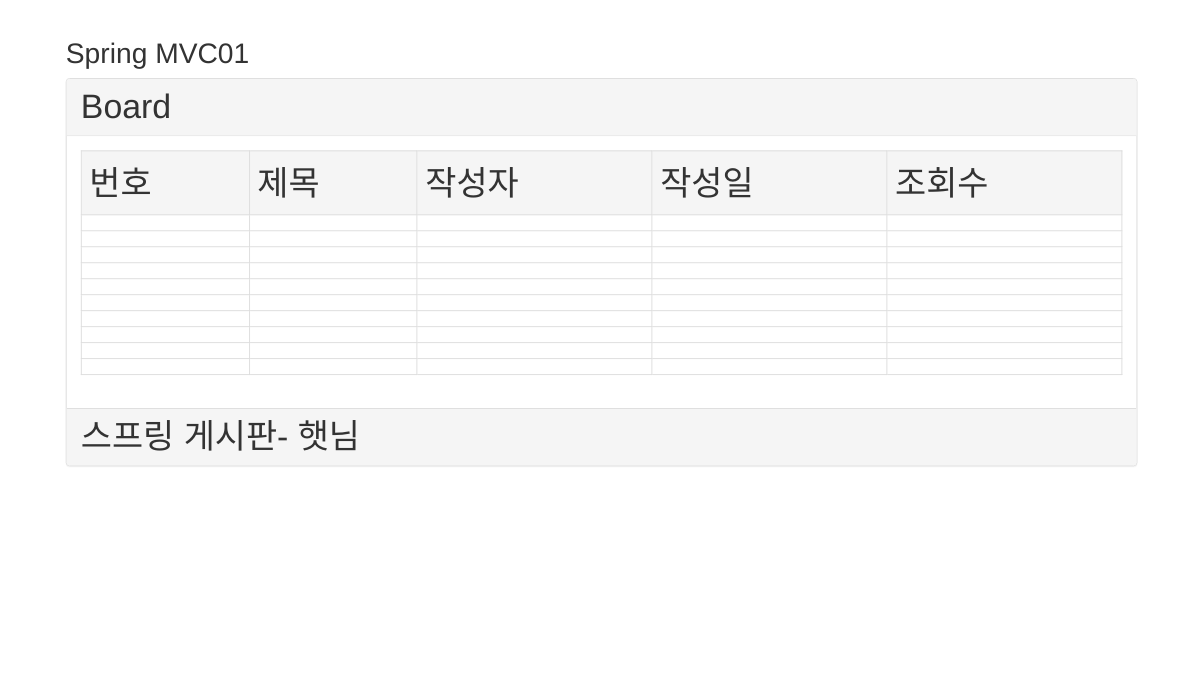
Repository: Hyerim-Ryu/Spring-
Page: http://localhost/SpringMVC01/boardList.do
An editor plug-in stored every save of this project. The page is shown before and after the next save, followed by the edit.
The browser window is 1280 px wide. The pictures show the whole page, at 94% of full size.
The page is served by Tomcat 9. Other server files are loaded and not shown.

Above is the page before, as saved 2023-09-05 03:04:48.

### workspace.edu/SpringMVC01/src/main/webapp/WEB-INF/views/boardList.jsp
<%@ page language="java" contentType="text/html; charset=UTF-8"
    pageEncoding="UTF-8"%>
<%@ taglib prefix="c" uri="http://java.sun.com/jsp/jstl/core" %>
<!DOCTYPE html>
<html>
<head>
<meta charset="UTF-8">
<title>Insert title here</title>
<link rel="stylesheet" href="https://maxcdn.bootstrapcdn.com/bootstrap/3.4.1/css/bootstrap.min.css">
<script src="https://ajax.googleapis.com/ajax/libs/jquery/3.6.4/jquery.min.js"></script>
<script src="https://maxcdn.bootstrapcdn.com/bootstrap/3.4.1/js/bootstrap.min.js"></script>
</head>
<body>
	<h1>
		<div class="container">
		  <h2>Spring MVC01</h2>
			  <div class="panel panel-default">
			    <div class="panel-heading">Board</div>
			    <div class="panel-body">
			    	<table class="table table-bordered table-hover">
			    		<tr class="active">
			    			<td>번호</td>
			    			<td>제목</td>
			    			<td>작성자</td>
			    			<td>작성일</td>
			    			<td>조회수</td>
			    		</tr>
			    		<!--  model 안에 있는 list를 jstl 을 활용하여 출력하시오 -->
			    		<!--  그럼 대체 model 안의 값은 어떻게 가져오냐?
			    			  model은 request 영역안에 있다!
			    		 -->
			    		<c:forEach items="${list}" var="vo" varStatus="i">
			    		<tr>
			    			<td></td>
			    			<td></td>
			    			<td></td>
			    			<td></td>
			    			<td></td>
			    		</tr>
			    		</c:forEach>
			    	</table>
			    </div>

			    <div class="panel-footer">스프링 게시판- 햇님</div>
		  </div>
		</div>
	</h1>
</body>
</html>

### workspace.edu/SpringMVC01/src/main/java/kr/spring/entity/Board.java
package kr.spring.entity;

import lombok.AllArgsConstructor;
import lombok.Data;
import lombok.NoArgsConstructor;
import lombok.ToString;

@Data
@AllArgsConstructor
@NoArgsConstructor
@ToString
public class Board {

	private int idx; // 번호
	private String title; // 제목
	private String content; // 내용
	private String writer; // 작성자
	private String indate; // 작성일
	private int count; // 조회수
}

After the next save:
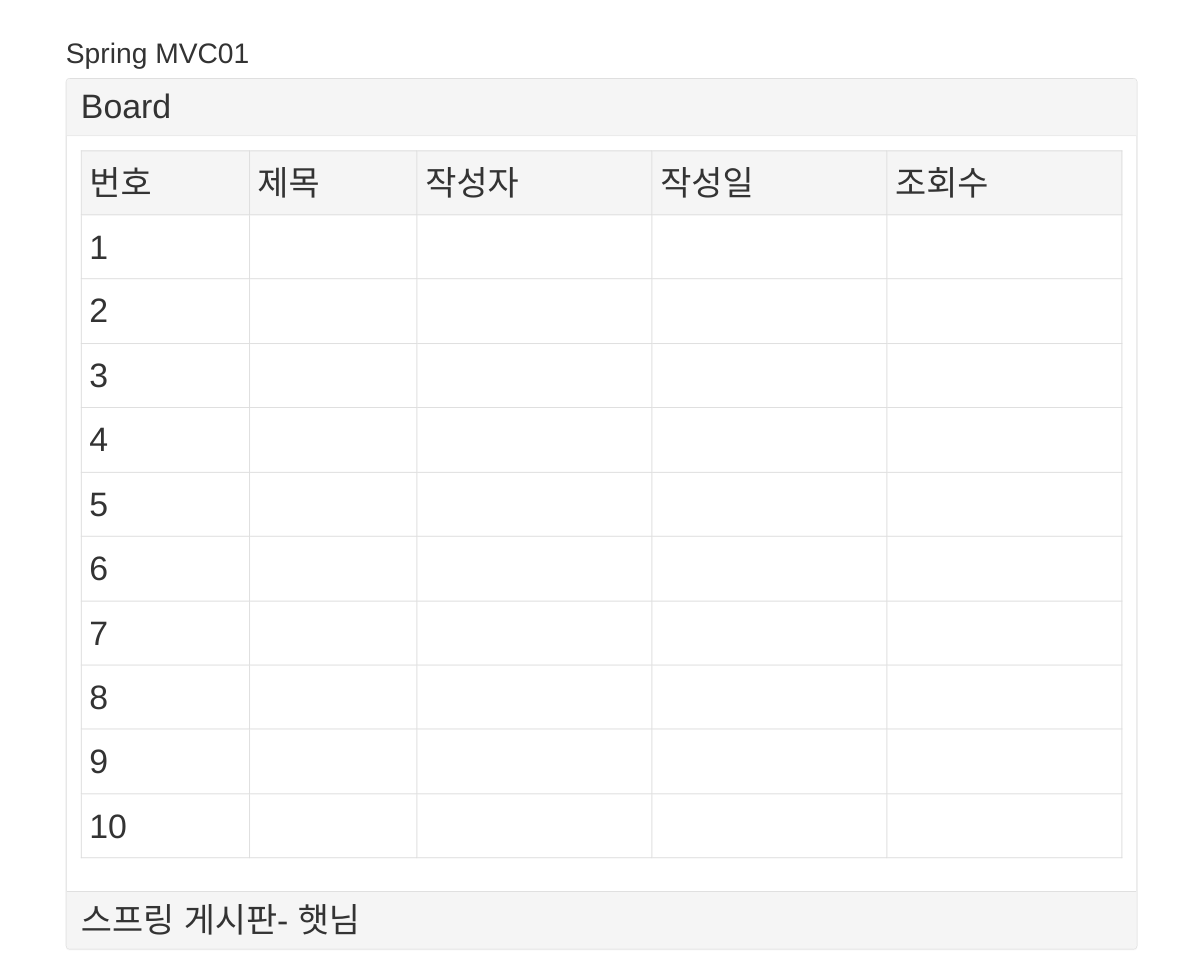
Saved 17 s later.
--- a/workspace.edu/SpringMVC01/src/main/webapp/WEB-INF/views/boardList.jsp
+++ b/workspace.edu/SpringMVC01/src/main/webapp/WEB-INF/views/boardList.jsp
@@ -31,7 +31,7 @@
 			    		 -->
 			    		<c:forEach items="${list}" var="vo" varStatus="i">
 			    		<tr>
-			    			<td></td>
+			    			<td>${i.count}</td>
 			    			<td></td>
 			    			<td></td>
 			    			<td></td>
